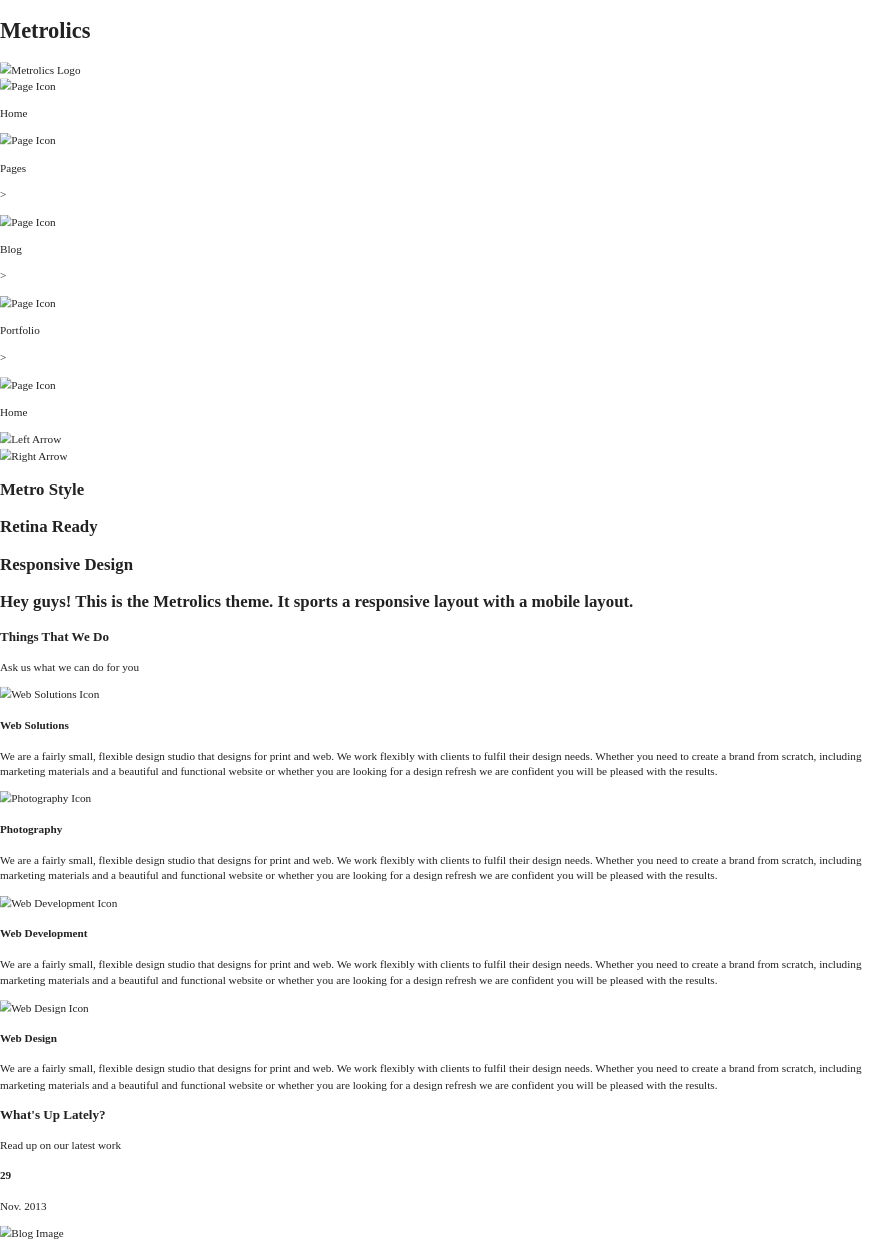
Repository: wilyyy/metrolics
Page: index.html
The author's editor kept a copy of each file at every save. The page is drawn from the files as they stood at one save, then again after a run of saves.
The browser window is 1280 px wide. The pictures show the whole page, at 70% of full size.

Above is the page before, as saved 2021-01-26 23:56:03.

After the next 2 saves:
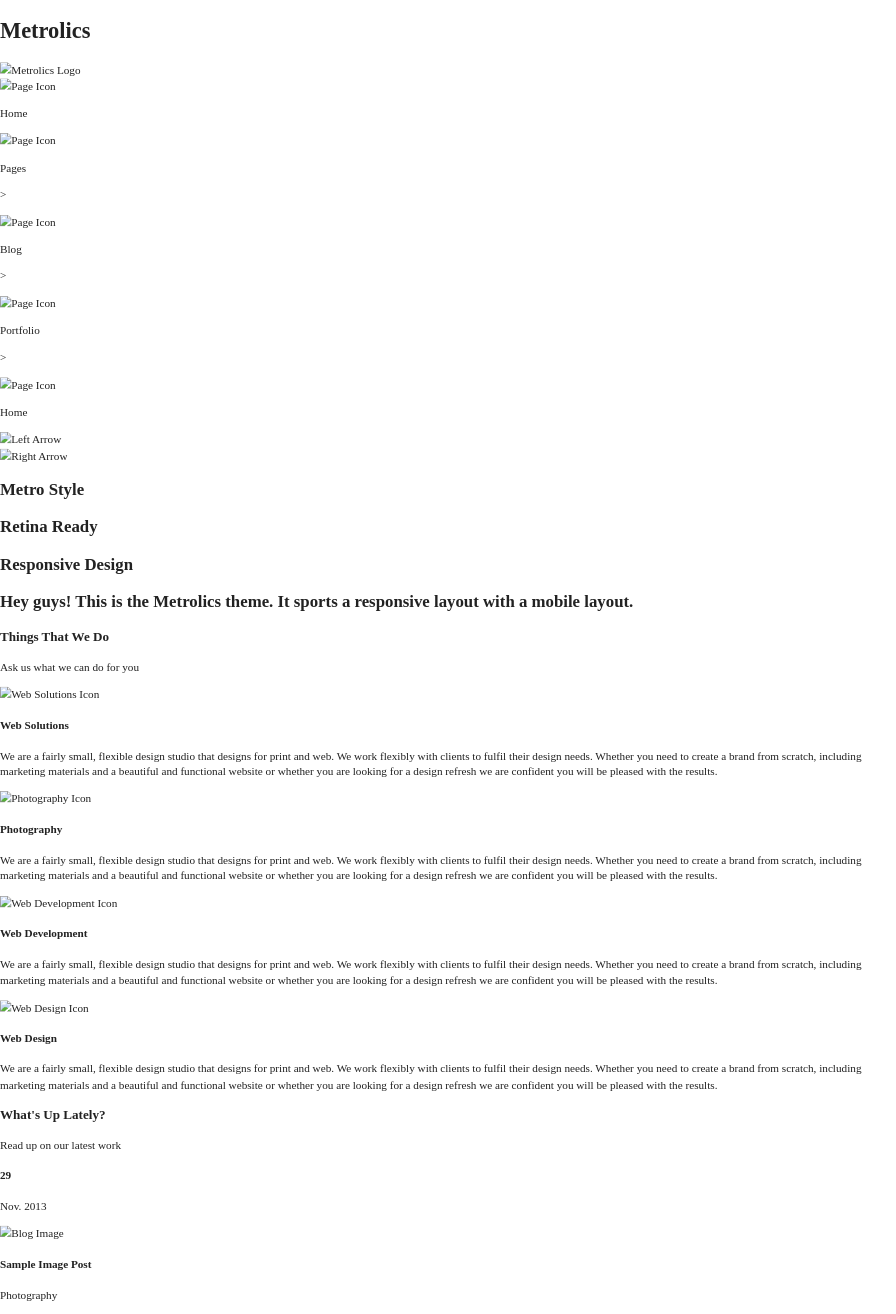
The 2 saves are shown as one change because they came seconds apart.
The last was saved 13 s later.
--- a/index.html
+++ b/index.html
@@ -175,7 +175,8 @@
           </div>
           <div class="blog-image-info">
             <div>
-
+              <h4>Sample Image Post</h4>
+              <p>Photography</p>
             </div>
           </div>
         </div>
